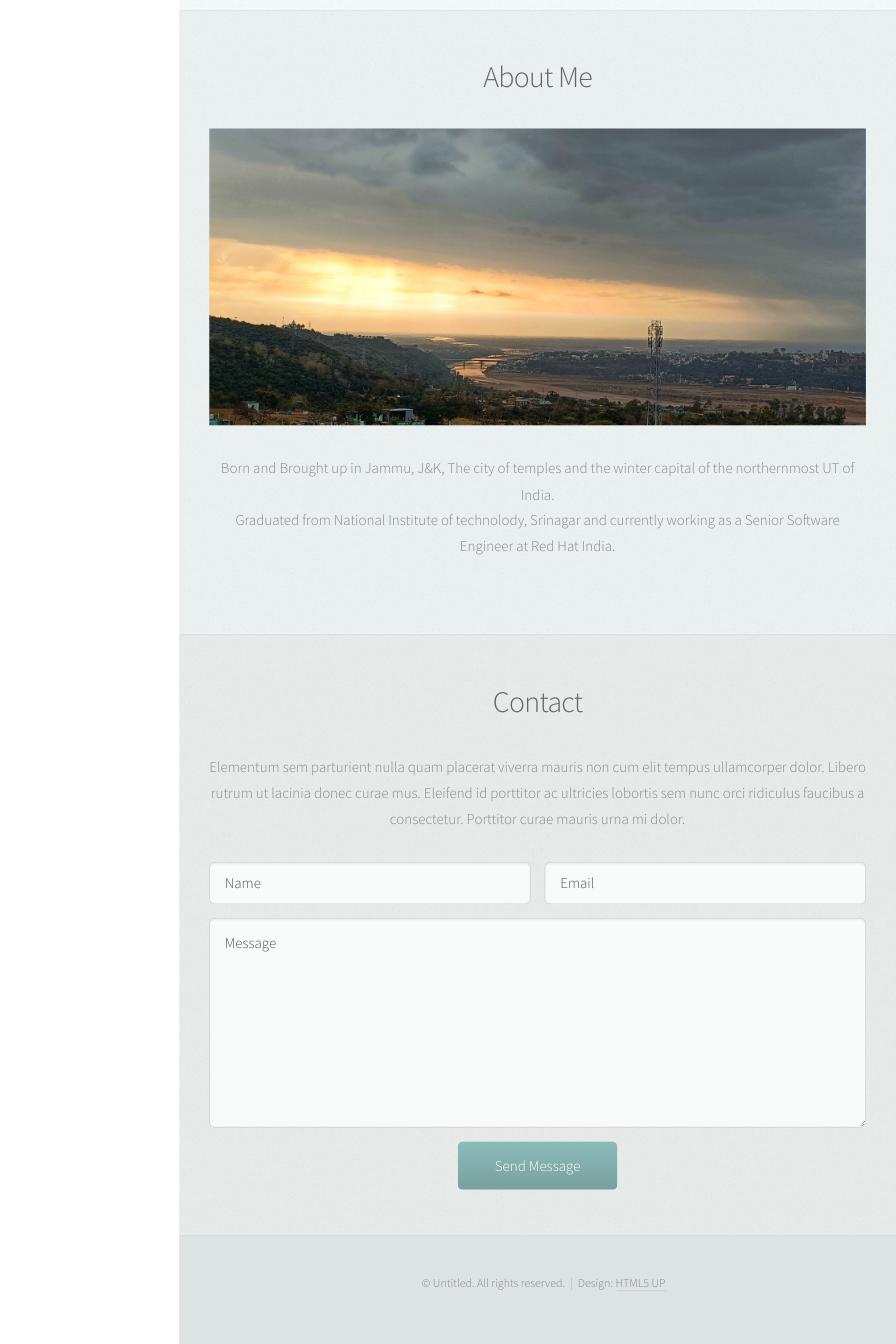
Repository: lovishchib/lovishchib.github.io
Page: index.html
An editor plug-in stored every save of this project. The page is shown before and after the next save, followed by the edit.
The browser window is 1280 px wide. The pictures show the part of the page from y = 1652 to 3572 px (the page is 3572 px tall before and 3535 px after), at 70% of full size.

Above is the page before, as saved 2022-02-11 21:31:04.

After the next save:
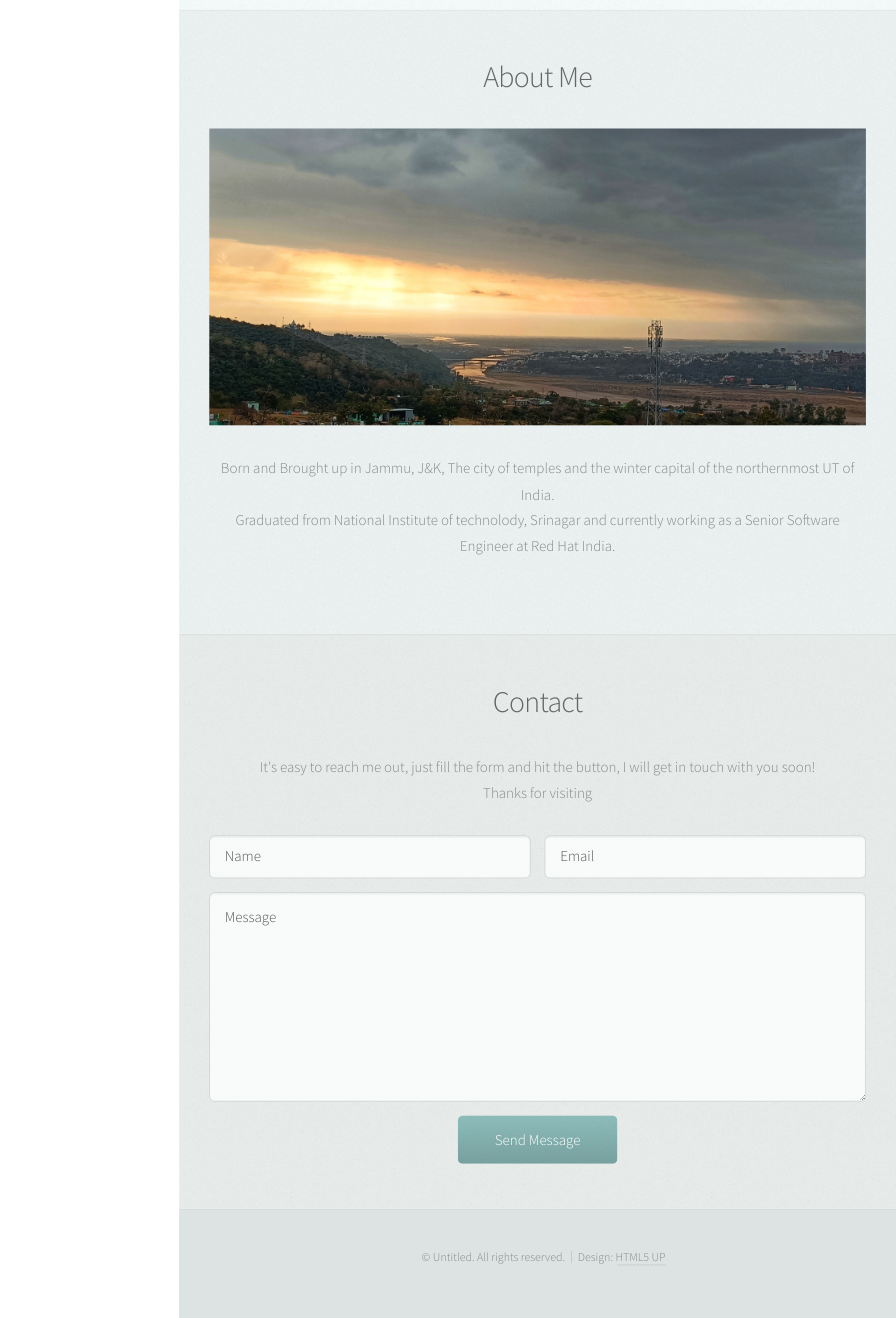
Saved 42 s later.
--- a/index.html
+++ b/index.html
@@ -155,10 +155,8 @@ Graduated from National Institute of technolody, Srinagar and currently working
 								<h2>Contact</h2>
 							</header>
 
-							<p>Elementum sem parturient nulla quam placerat viverra
-							mauris non cum elit tempus ullamcorper dolor. Libero rutrum ut lacinia
-							donec curae mus. Eleifend id porttitor ac ultricies lobortis sem nunc
-							orci ridiculus faucibus a consectetur. Porttitor curae mauris urna mi dolor.</p>
+							<p>It's easy to reach me out, just fill the form and hit the button, I will get in touch with you soon!<br/>
+Thanks for visiting</p>
 
 							<form method="post" action="#">
 								<div class="row">
